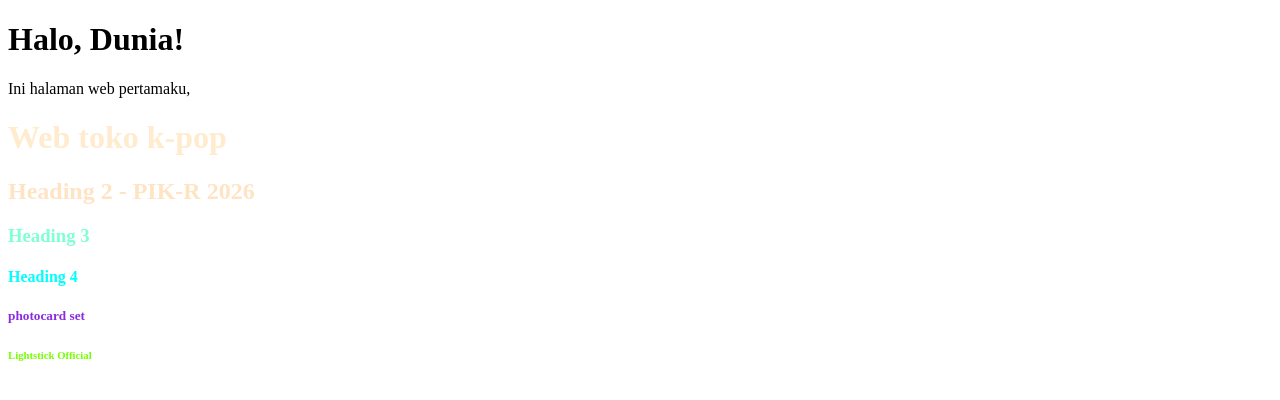
Repository: sekartazivi/241552010020-Web-Application-Development
Page: test.html
An editor plug-in stored every save of this project. The page is shown before and after the next save, followed by the edit.
The browser window is 1280 px wide. The pictures show the whole page.

Above is the page before, as saved 2026-02-20 08:37:31.

After the next save:
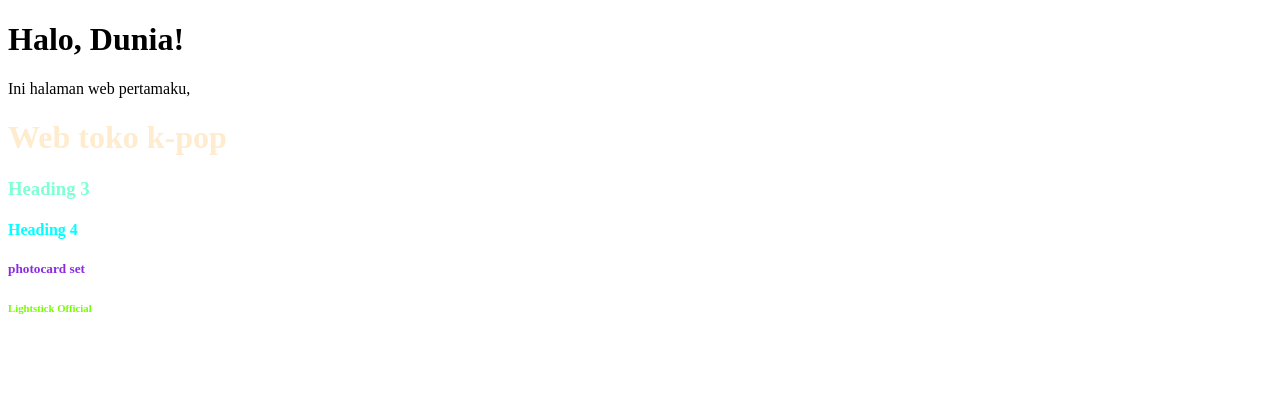
Saved 6 s later.
--- a/test.html
+++ b/test.html
@@ -9,7 +9,7 @@
     <h1>Halo, Dunia!</h1>
     <p>Ini halaman web pertamaku,</p>
     <h1 style="color: blanchedalmond;">Web toko k-pop</h1>
-    <h2 style="color: bisque;">Heading 2 - PIK-R 2026</h2>
+    <h2 style="color: bisque;"></h2>
     <h3 style="color: aquamarine;" >Heading 3</h3>
     <h4 style="color: aqua;" >Heading 4</h4>
     <h5 style="color: blueviolet;">photocard set</h5>
